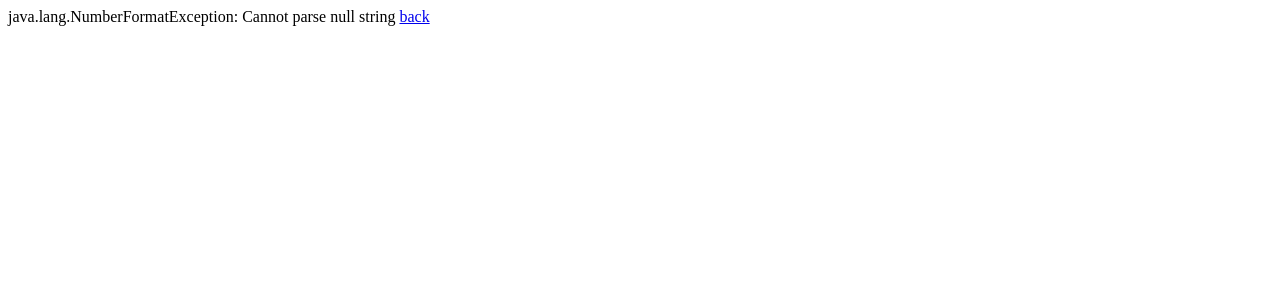
Repository: nicholaschiarulli/AuctionWebApp
Page: http://localhost/cs336Final/remove.jsp
The author's editor kept a copy of each file at every save. The page is drawn from the files as they stood at one save, then again after the next save.
The browser window is 1280 px wide. The pictures show the whole page.
The page is served by Tomcat 9. Other server files are loaded and not shown.

Above is the page before, as saved 2019-04-10 06:20:35.

### cs336Final/WebContent/remove.jsp
<%@ page language="java" contentType="text/html; charset=ISO-8859-1"
pageEncoding="ISO-8859-1" import="com.cs336.pkg.*"%>
<%@ page import="java.io.*,java.util.*,java.sql.*"%>
<%@ page import="javax.servlet.http.*,javax.servlet.*"%>
<!DOCTYPE html PUBLIC "-//W3C//DTD HTML 4.01 Transitional//EN" "http://www.w3.org/TR/html4/loose.dtd">
<html>
<head>
<meta http-equiv="Content-Type" content="text/html; charset=ISO-8859-1">
<title>remove</title>
</head>
<body>
<%
try{
String emailParam = request.getParameter("email");
int jewelryID = Integer.parseInt(request.getParameter("jewelryID"));
} catch(Exception ex) {
out.println(ex);
}
%>
<a href='customerRepresentative.jsp'>back</a>
</body>
</html>

After the next save:
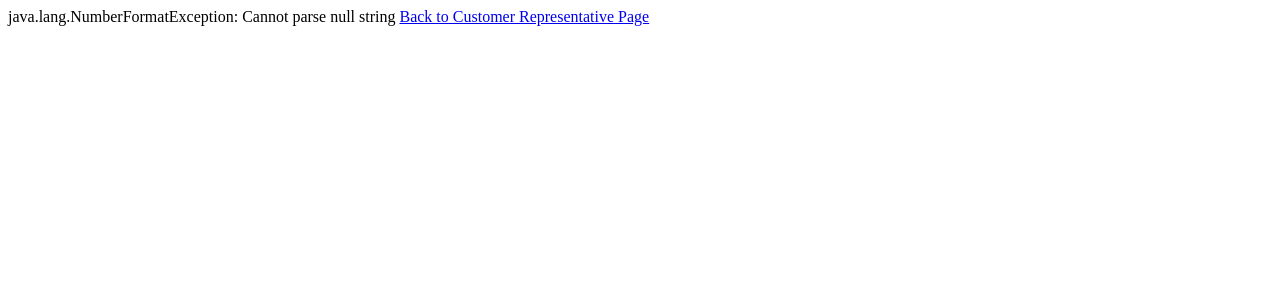
Saved 31 s later.
--- a/cs336Final/WebContent/remove.jsp
+++ b/cs336Final/WebContent/remove.jsp
@@ -17,6 +17,6 @@ int jewelryID = Integer.parseInt(request.getParameter("jewelryID"));
 out.println(ex);
 }
 %>
-<a href='customerRepresentative.jsp'>back</a>
+<a href='customerRepresentativePage.jsp'>Back to Customer Representative Page</a>
 </body>
 </html>
